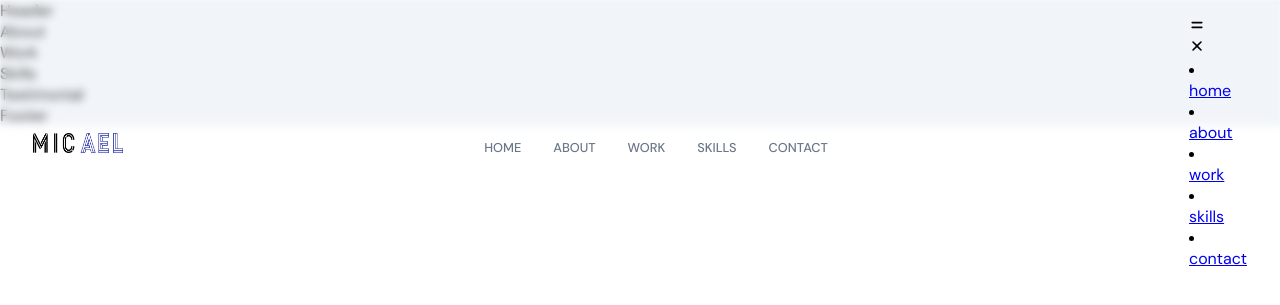
Repository: 61ZM07H36R3ML1N/Portfolio-JS
Page: / (app in frontend_react/), after clicking the first element matching `svg`
The author's editor kept a copy of each file at every save. The page is drawn from the files as they stood at one save, then again after a run of saves.
The browser window is 1280 px wide. The pictures show the whole page.
The project was rebuilt for these pictures with package versions that can differ from the ones it lists, and the page was loaded fresh each time. Also part of the build but not shown: frontend_react/src/container/About/About.scss, frontend_react/src/container/Header/Header.scss, frontend_react/src/container/Skills/Skills.scss, frontend_react/src/container/Work/Work.scss.

Above is the page before, as saved 2022-10-10 20:00:35.

After the next 2 saves:
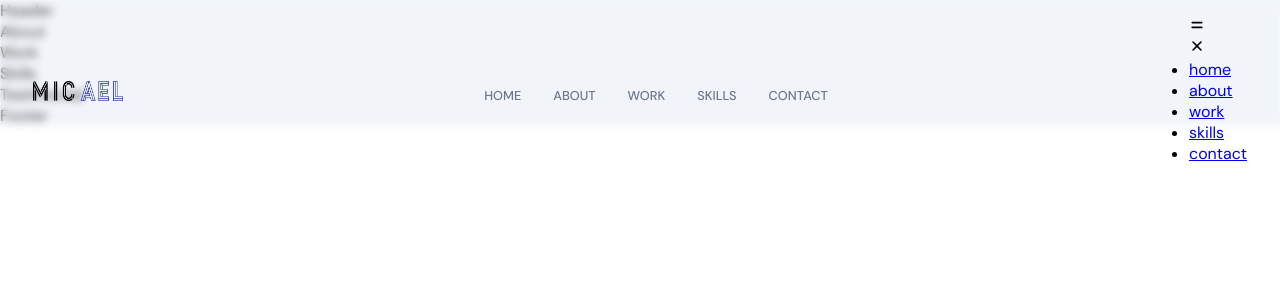
The 2 saves are shown as one change because 1 did not build or start.
The last was saved 3 min 46 s later.
--- a/frontend_react/src/components/Navbar/Navbar.jsx
+++ b/frontend_react/src/components/Navbar/Navbar.jsx
@@ -31,12 +31,15 @@ const Navbar = () => {
             transition={{ duration: 0.85, ease: 'easeOut' }}
           >
             <HiX onClick={() => setToggle(false)} />
-            {['home', 'about', 'work', 'skills', 'contact'].map(item => (
-              <li key={item}>
-                <div />
-                <a href={'#${item}'}>{item}</a>
-              </li>
-            ))}
+            <ul>
+              {['home', 'about', 'work', 'skills', 'contact'].map(item => (
+                <li key={item}>
+                  <a href={`#${item}`} onClick={() => setToggle(false)}>
+                    {item}
+                  </a>
+                </li>
+              ))}
+            </ul>
           </motion.div>
         )}
       </div>
